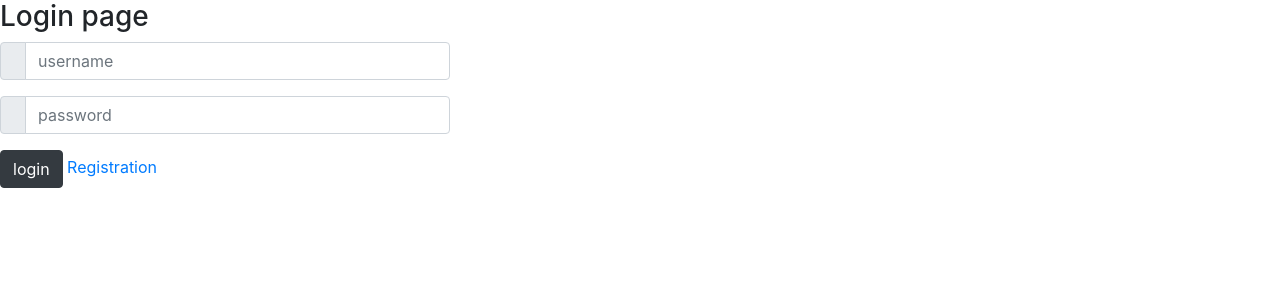
Repository: vishnushelke/LoginPage
Page: http://localhost/MyLoginPage/Login.jsp
An editor plug-in stored every save of this project. The page is shown before and after the next save, followed by the edit.
The browser window is 1280 px wide. The pictures show the whole page.
The page is served by Tomcat 9. Other server files are loaded and not shown.

Above is the page before, as saved 2019-10-10 06:39:01.

### MyLoginPage/WebContent/Login.jsp
<%@ page language="java" contentType="text/html; charset=UTF-8"
    pageEncoding="UTF-8"%>
<!DOCTYPE html>
<html>
<head>
<meta charset="UTF-8">
<title>Insert title here</title>
<link rel="stylesheet"
href="https://maxcdn.bootstrapcdn.com/bootstrap/4.3.1/css/bootstrap.min.css">
<script
src="https://ajax.googleapis.com/ajax/libs/jquery/3.4.1/jquery.min.js"></script>
<script
src="https://cdnjs.cloudflare.com/ajax/libs/popper.js/1.14.7/umd/popper.min.js"></script>
<script
src="https://maxcdn.bootstrapcdn.com/bootstrap/4.3.1/js/bootstrap.min.js"></script>
</head>
<body>
<form action="login" method="post">
<div style='text-align:center'></div>
<fieldset style="width:450px">
<h3>Login page</h3>
<div class="input-group mb-3">
  <div class="input-group-prepend">
    <span class="input-group-text" id="basic-addon1"></span>
  </div>
  <input type="text" class="form-control" name="username" placeholder="username" aria-label="username" aria-describedby="basic-addon1">
</div>
<div class="input-group mb-3">
  <div class="input-group-prepend">
    <span class="input-group-text" id="basic-addon1"></span>
  </div>
  <input type="password" class="form-control" name="password" placeholder="password" aria-label="password" aria-describedby="basic-addon1">
</div>

<input type="submit" value="login" class="btn btn-dark"></button> <a href="register.jsp">Registration</a>
</fieldset>
</form>

</div>
</body>


</html>

After the next save:
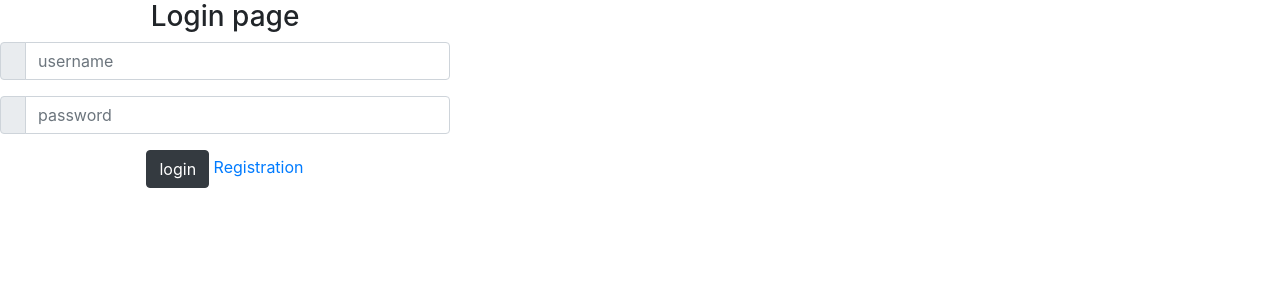
Saved 16 s later.
--- a/MyLoginPage/WebContent/Login.jsp
+++ b/MyLoginPage/WebContent/Login.jsp
@@ -16,7 +16,7 @@ src="https://maxcdn.bootstrapcdn.com/bootstrap/4.3.1/js/bootstrap.min.js"></scri
 </head>
 <body>
 <form action="login" method="post">
-<div style='text-align:center'></div>
+<div style='text-align:center'>
 <fieldset style="width:450px">
 <h3>Login page</h3>
 <div class="input-group mb-3">
@@ -34,6 +34,7 @@ src="https://maxcdn.bootstrapcdn.com/bootstrap/4.3.1/js/bootstrap.min.js"></scri
 
 <input type="submit" value="login" class="btn btn-dark"></button> <a href="register.jsp">Registration</a>
 </fieldset>
+</div>
 </form>
 
 </div>
